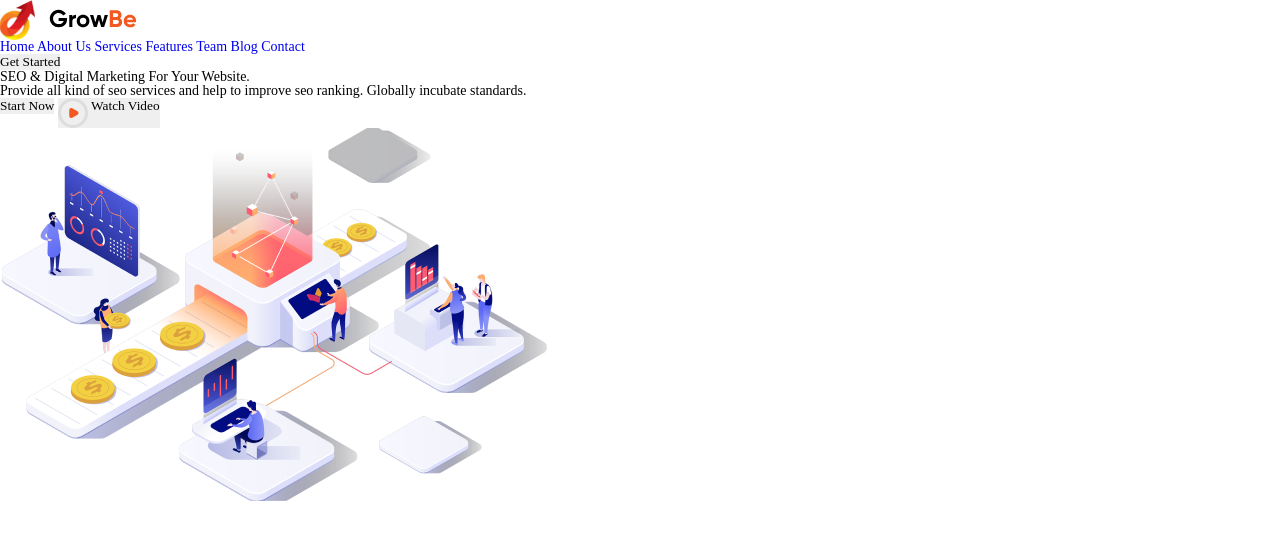
Repository: Alekseiy1980/GrowBe
Page: index.html
These files come from the project's save history. The page is drawn as it stood at one moment and after the next save; the edit follows.
The browser window is 1280 px wide. The pictures show the whole page.

Above is the page before, as saved 2024-01-20 10:55:56.

### index.html
<!DOCTYPE html>
<html lang="en">
<head>
    <meta charset="UTF-8">
    <meta name="viewport" content="width=device-width, initial-scale=1.0">

    <link rel="stylesheet" href="css/reset.css">
    <link rel="stylesheet" href="css/style.css">
    <title>GrowBe</title>
</head>
<body>
    <header>
        <div class="menu_bar">
            <div class="logo">
                <a class="logo-link" href="#">
                    <img src="/img/Logo.svg"  />
                </a>
            </div>
            <nav>
                <a class="menu menu_activ" href="@">Home</a>
                <a class="menu" href="@"> About Us</a>
                <a class="menu" href="@">Services</a>
                <a class="menu" href="@">Features</a>
                <a class="menu" href="@">Team</a>
                <a class="menu" href="@">Blog</a>
                <a class="menu" href="@">Contact</a>
            </nav>
            <button class="btn_menu" type="button">Get Started</button>
        </div>
        <div class="home_meta">
            <div class="nome_content">
                <div class="home_title">
                    <h1>SEO & Digital <span>Marketing</span>  For Your Website.</h1>
                </div>
            <div class="sub_title">
                <p>Provide all kind of seo services and help to improve seo ranking. Globally incubate standards.</p>
            </div>
            <div class="btn_meta">
                <button class="btn_menu" type="button">Start Now</button>
                <button class="btn_menu" type="button">
                        <img
                            src="img/play.svg"
                            alt="play"
                            />
                    Watch Video</button>
            </div>
            </div>
            <div class="home_img">
                <img src="img/home_Image.png" alt="">
            </div>
        </div>
    </header>
</body>
</html>

### css/reset.css

* {
    padding: 0;
    margin: 0;
    border: 0;
}

*,
*::before,
*::after {
    -moz-box-sizing: border-box;
    -webkit-box-sizing: border-box;
    box-sizing: border-box;
}

:focus,
:active {
    outline: none;
}

a:focus,
a:active {
    outline: none;
}

nav,
footer,
header,
aside {
    display: block;
}

html,
body {
    height: 100%;
    width: 100%;
    font-size: 100%;
    line-height: 1;
    font-size: 14px;
    -ms-text-size-adjust: 100%;
    -moz-text-size-adjust: 100%;
    -webkit-text-size-adjust: 100%;
}

input,
button,
textarea {
    font-family: inherit;
}

input::-ms-clear {
    display: none;
}

button {
    cursor: pointer;
}

button::-moz-focus-inner {
    padding: 0;
    border: 0;
}

a,
a:visited {
    text-decoration: none;
}

a:hover {
    text-decoration: none;
}

ul li {
    list-style: none;
}

img {
    vertical-align: top;
}

h1,
h2,
h3,
h4,
h5,
h6 {
    font-size: inherit;
    font-weight: 400;
}

### css/style.css
@font-face {
	font-family: 'Gilroy-Bold';
	src: url(/fonts/Gilroy-Bold.ttf);
}


@font-face {
	font-family: 'Gilroy-Medium';
	src: url(/fonts/Gilroy-Medium.ttf);
}
@font-face{
    font-family: 'Gilroy_Regular';
    src: url(/fonts/Gilroy-Regular.ttf);
}

@font-face{
    font-family: 'Gilroy-SemiBold';
    src: url(/fonts/Gilroy-SemiBold.ttf);
}

After the next save:
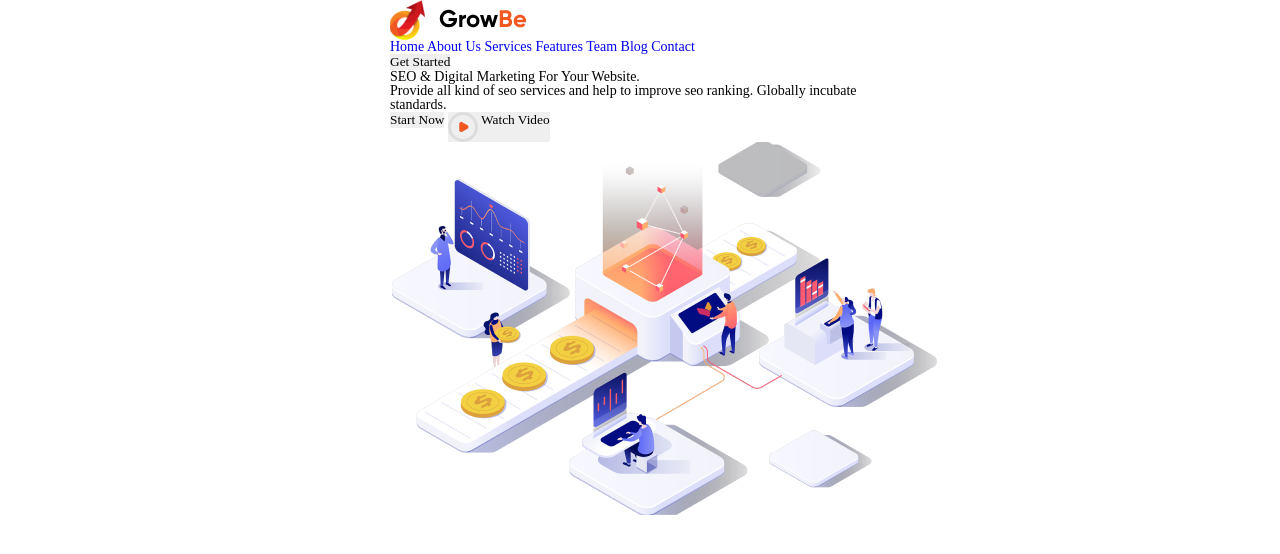
Saved 9 min 5 s later.
--- a/css/style.css
+++ b/css/style.css
@@ -17,3 +17,8 @@
     font-family: 'Gilroy-SemiBold';
     src: url(/fonts/Gilroy-SemiBold.ttf);
 }
+
+body {
+    width: 500px;
+    margin: 0 auto;
+}

After the save that followed:
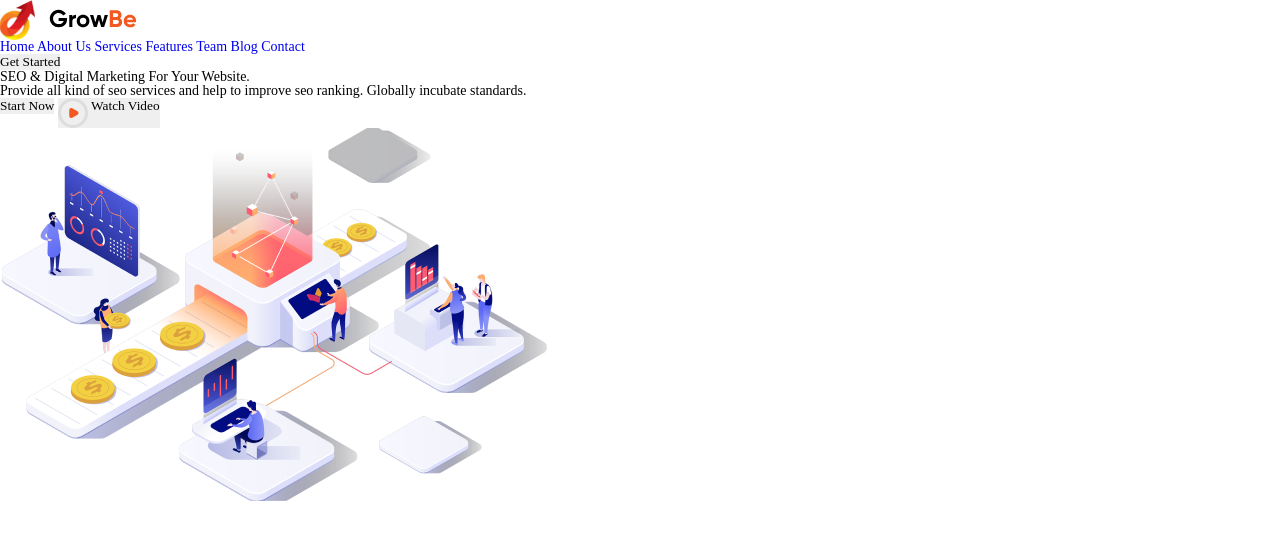
Saved 49 s later.
--- a/css/style.css
+++ b/css/style.css
@@ -19,6 +19,6 @@
 }
 
 body {
-    width: 500px;
+    max-width: 1920px;
     margin: 0 auto;
 }
